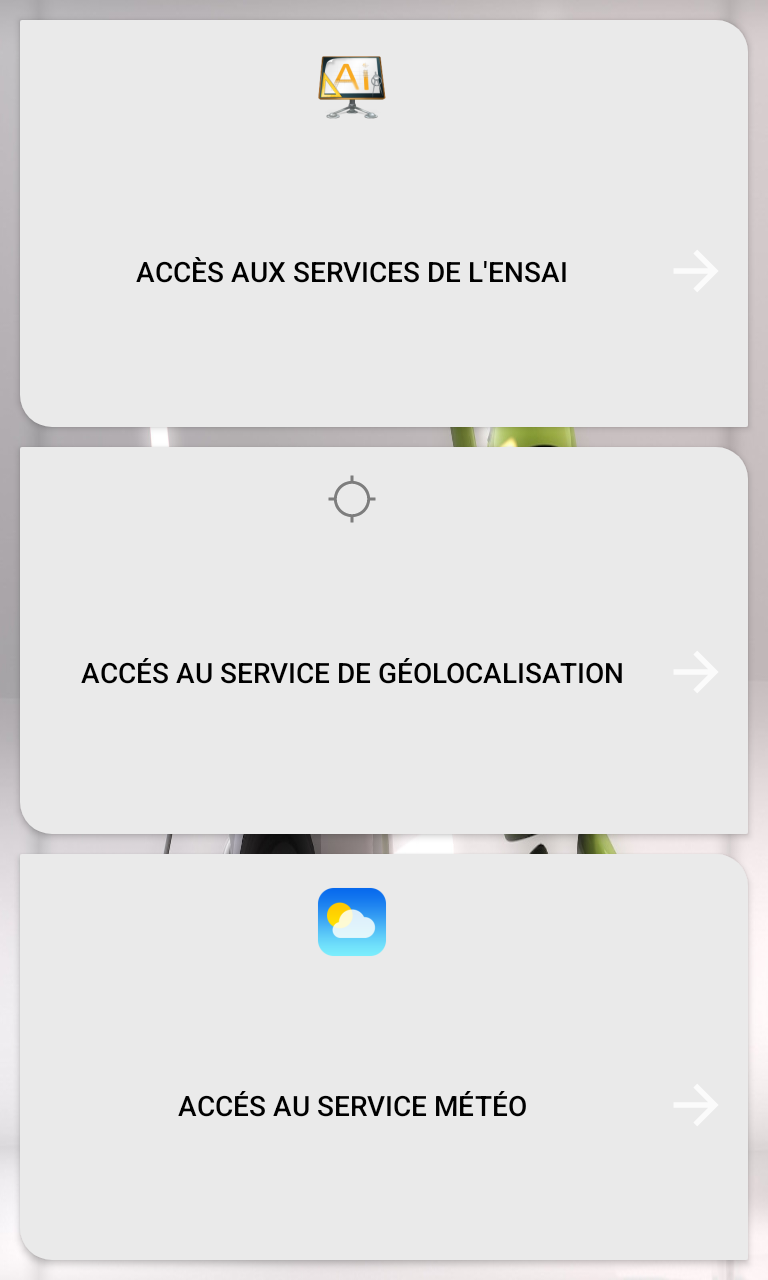
Repository: cpluuuusplus/WhoWantsKitKat
Layout: AppliPlus/res/layout/activity_menu_principal.xml
These files come from the project's save history. The layout is drawn as it stood at one moment and after the next save; the edit follows.
It is drawn on a 768 x 1280 px phone screen (xhdpi) without system bars, with theme Theme.AppCompat.Light; the app's code is not run.

Above is the layout before, as saved 2014-05-12 16:41:13.

After the next save:
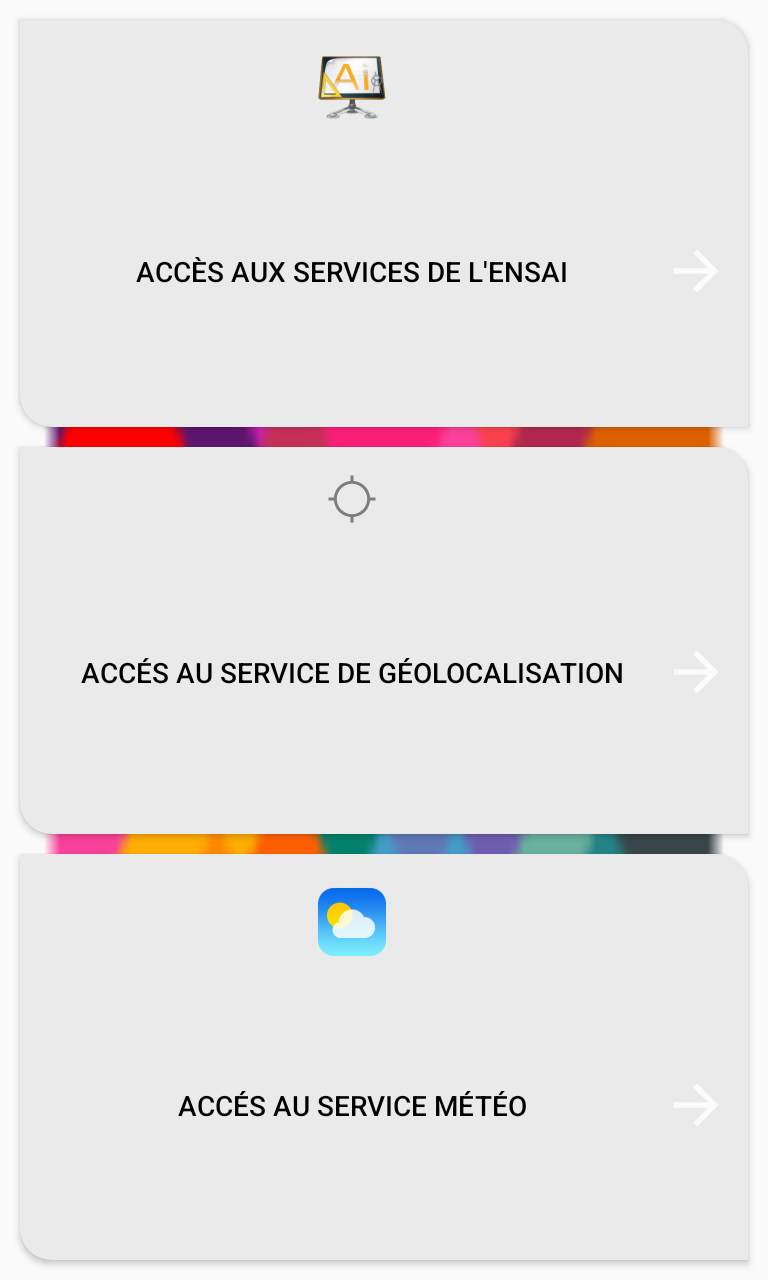
Saved 6 s later.
--- a/AppliPlus/res/layout/activity_menu_principal.xml
+++ b/AppliPlus/res/layout/activity_menu_principal.xml
@@ -2,7 +2,7 @@
 <LinearLayout xmlns:android="http://schemas.android.com/apk/res/android"
     android:layout_width="match_parent"
     android:layout_height="match_parent"
-    android:background="@drawable/background"
+    android:background="@drawable/back"
     android:orientation="vertical" >
 
     <Button
